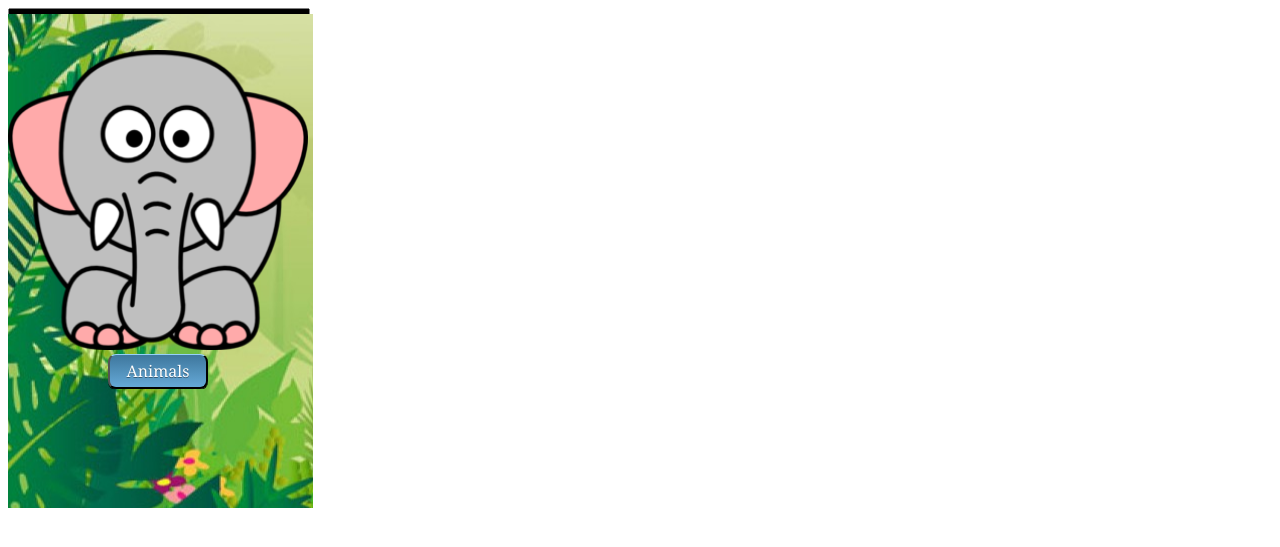
Repository: RathipriyaChandrasekaran/dotlite
Page: ConnectDots/menupage.html
These files come from the project's save history. The page is drawn as it stood at one moment and after the next save; the edit follows.
The browser window is 1280 px wide. The pictures show the whole page.

Above is the page before, as saved 2014-12-14 04:08:49.

After the next save:
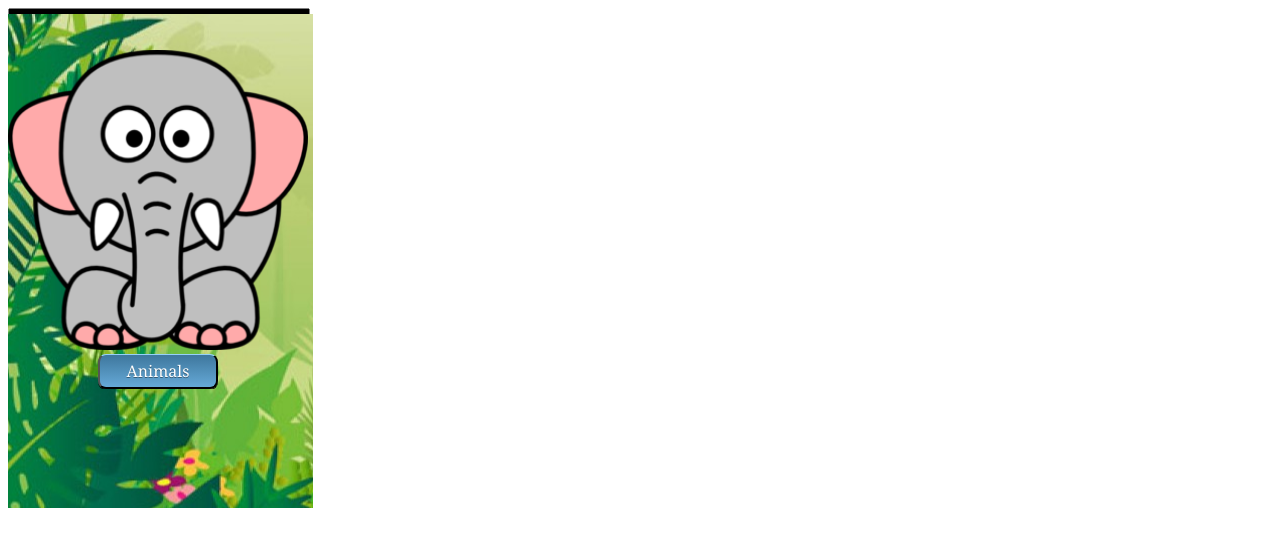
Saved 89 s later.
--- a/ConnectDots/menupage.html
+++ b/ConnectDots/menupage.html
@@ -13,15 +13,15 @@
    <div id="filmstrip" class="filmstrip" style= "width: 1000px;">
     <div id="animallearning">
      <img src="images/elephants.png"></img>
-     <button class="button" style="width:100px !important;" >Animals</button>
+     <button class="button" style="width:120px !important;" >Animals</button>
     </div>
     <div id="musiclearning">
      <img src="images/guitar.png"></img>
-     <button class="button">Music</button>
+     <button class="button" style="width:120px !important;" >Music</button>
     </div>
     <div id="fruitslearning">
      <img src="images/fruits.png"></img>
-     <button class="button">Fruits</button>
+     <button class="button" style="width:120px !important;">Fruits</button>
     </div>
 
    </div>

After the save that followed:
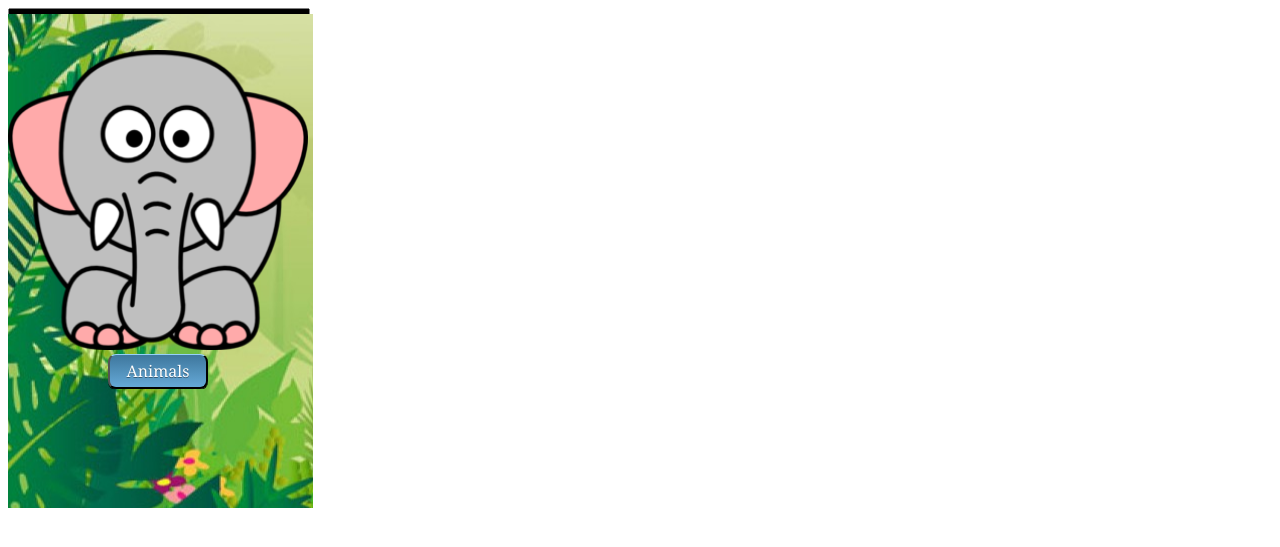
Saved 4 min 51 s later.
--- a/ConnectDots/menupage.html
+++ b/ConnectDots/menupage.html
@@ -13,15 +13,15 @@
    <div id="filmstrip" class="filmstrip" style= "width: 1000px;">
     <div id="animallearning">
      <img src="images/elephants.png"></img>
-     <button class="button" style="width:120px !important;" >Animals</button>
+     <button class="button" style="width:100px !important;" >Animals</button>
     </div>
     <div id="musiclearning">
      <img src="images/guitar.png"></img>
-     <button class="button" style="width:120px !important;" >Music</button>
+     <button class="button" style="width:100px !important;" >Music</button>
     </div>
     <div id="fruitslearning">
      <img src="images/fruits.png"></img>
-     <button class="button" style="width:120px !important;">Fruits</button>
+     <button class="button" style="width:100px !important;">Fruits</button>
     </div>
 
    </div>
